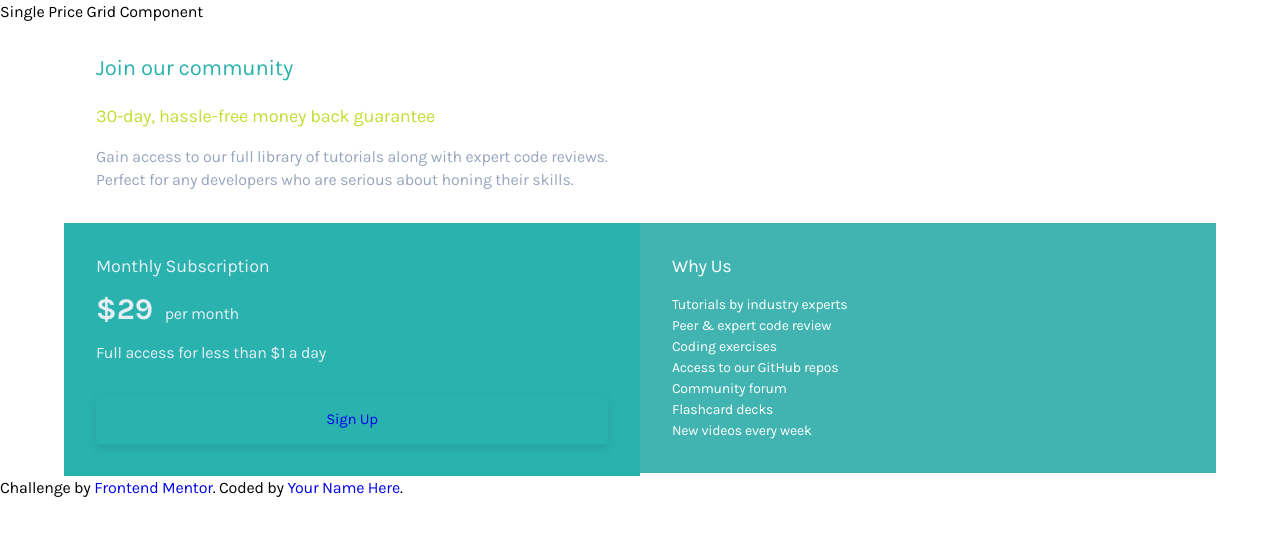
Repository: bangjuyoung/bangjuyoung
Page: practice/frontend-mentor/single-price-grid-component/index.html
The author's editor kept a copy of each file at every save. The page is drawn from the files as they stood at one save, then again after the next save.
The browser window is 1280 px wide. The pictures show the whole page.

Above is the page before, as saved 2019-06-16 14:31:42.

After the next save:
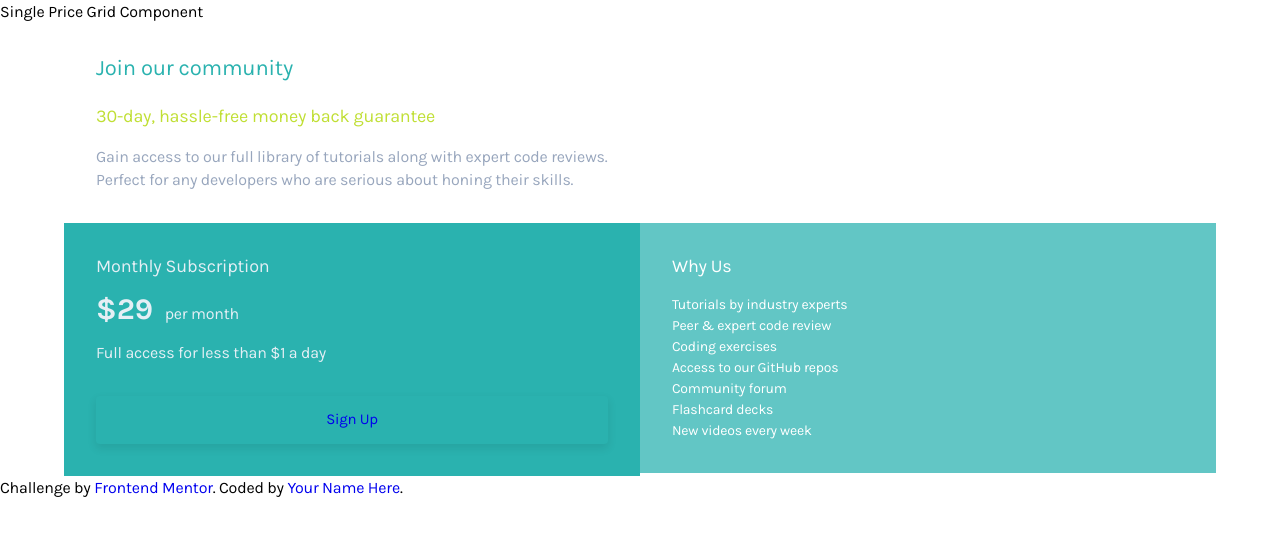
Saved 19 s later.
--- a/practice/frontend-mentor/single-price-grid-component/default.css
+++ b/practice/frontend-mentor/single-price-grid-component/default.css
@@ -134,7 +134,7 @@ body {
 
 .theme-primary--light {
     color: hsl(204, 43%, 100%);
-    background-color: hsl(179, 47%, 48%);
+    background-color: hsl(179, 47%, 58%);
 }
 
 .text-primary {
